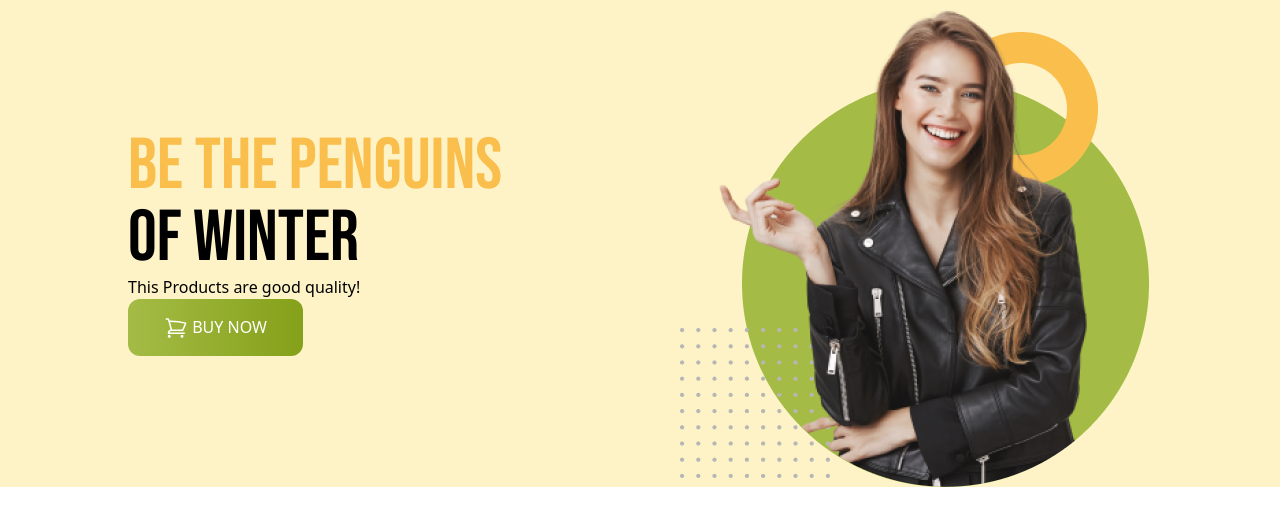
Repository: SyeadaSakina/Penguins-fashion
Page: index.html
An editor plug-in stored every save of this project. The page is shown before and after the next save, followed by the edit.
The browser window is 1280 px wide. The pictures show the whole page.
Some web libraries are served in a nearby version.

Above is the page before, as saved 2023-07-22 00:16:35.

After the next save:
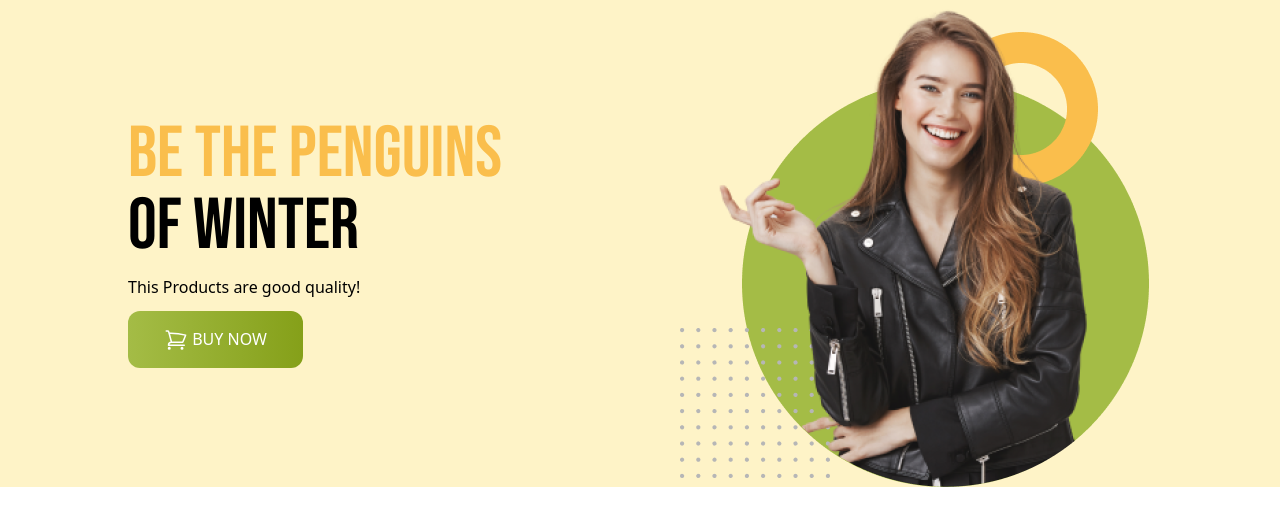
Saved 2 min 1 s later.
--- a/index.html
+++ b/index.html
@@ -25,7 +25,7 @@
 
         <!-- banner section -->
         <div class="flex justify-between items-center">
-            <div>
+            <div class="space-y-3">
                 <h1 class="text-7xl uppercase font-bebas"> <span class="text-[#FABE4C]">Be the Penguins</span>
                     <br> of Winter
                 </h1>
